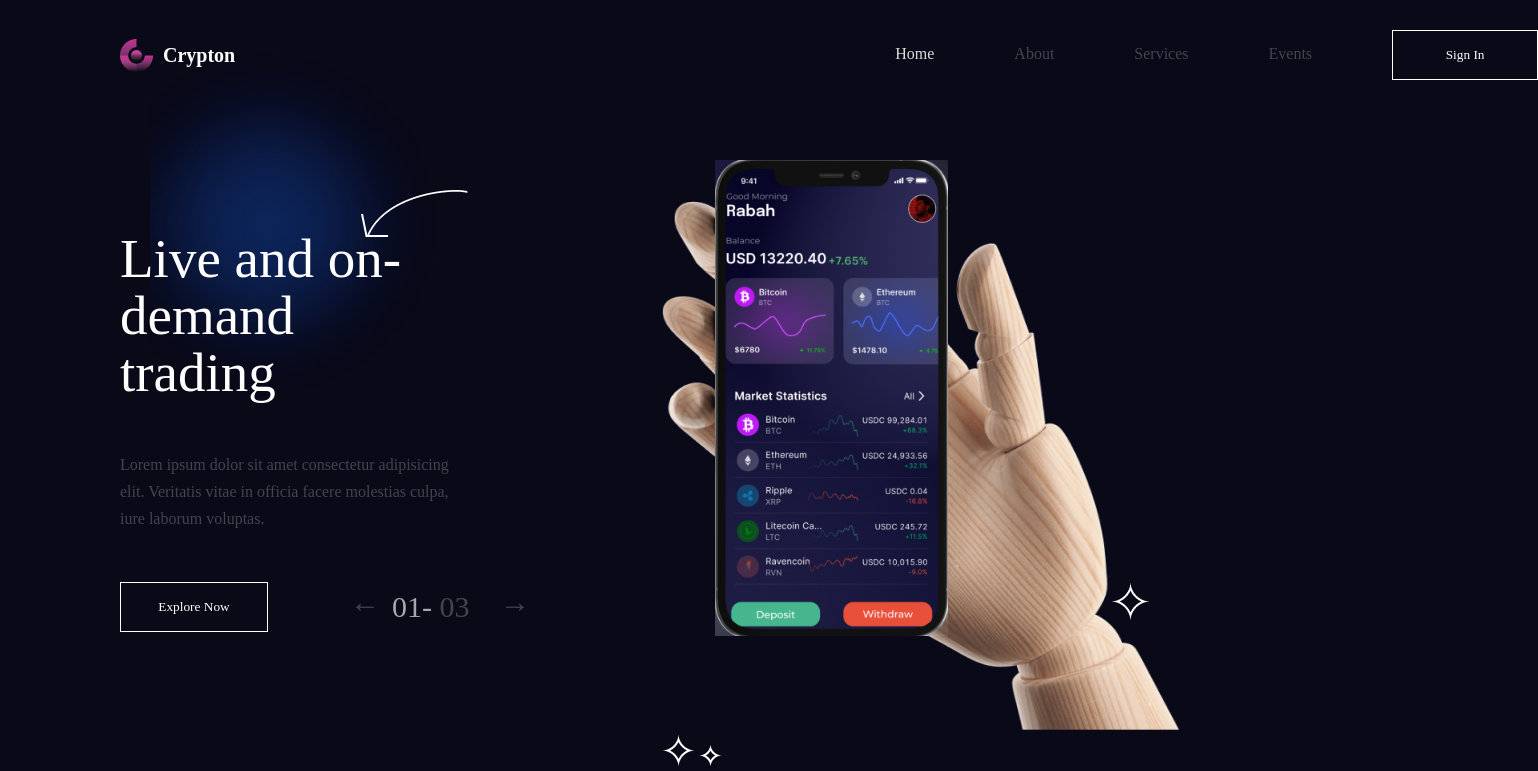
Repository: isaacCodes1/Crypton-Website
Page: index.html
These files come from the project's save history. The page is drawn as it stood at one moment and after the next save; the edit follows.
The browser window is 1280 px wide. The page is 1538 px wide, so the pictures cover 1538 px, including what lies to the right of the window. The pictures show the whole page.

Above is the page before, as saved 2024-05-14 21:11:46.

After the next save:
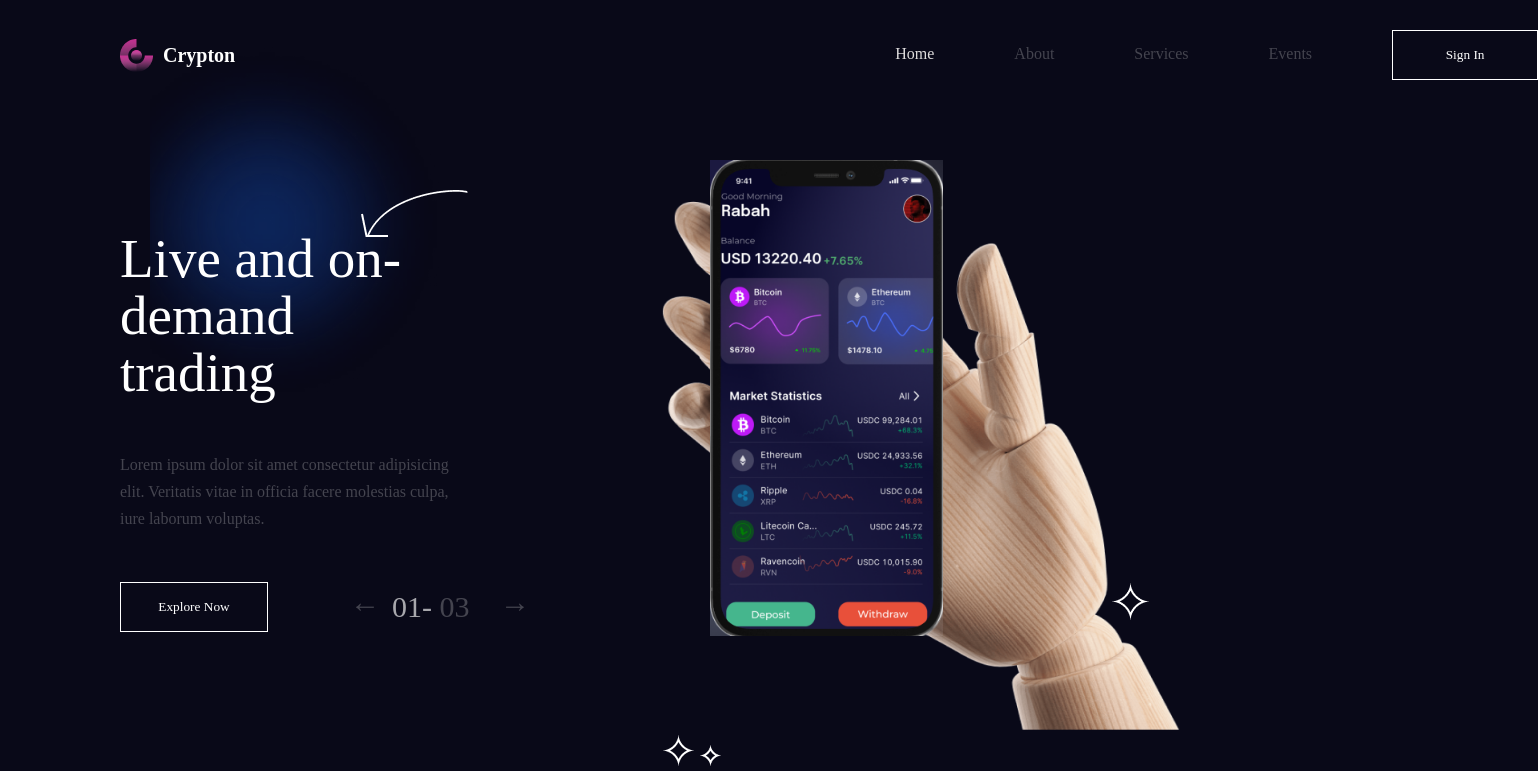
Saved 4 s later.
--- a/style.css
+++ b/style.css
@@ -143,7 +143,7 @@ body{
 }
 .wood{
     position: absolute;
-    right: 232px;
+    right: 237px;
     top: -30px;
     width: 45%;
 }
